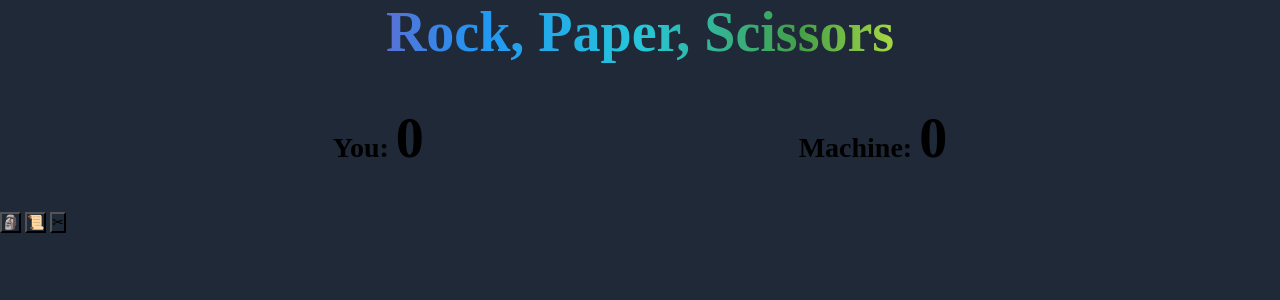
Repository: dung8466/RPS
Page: index.html
These files come from the project's save history. The page is drawn as it stood at one moment and after the next save; the edit follows.
The browser window is 1280 px wide. The pictures show the whole page.

Above is the page before, as saved 2022-07-01 21:10:48.

After the next save:
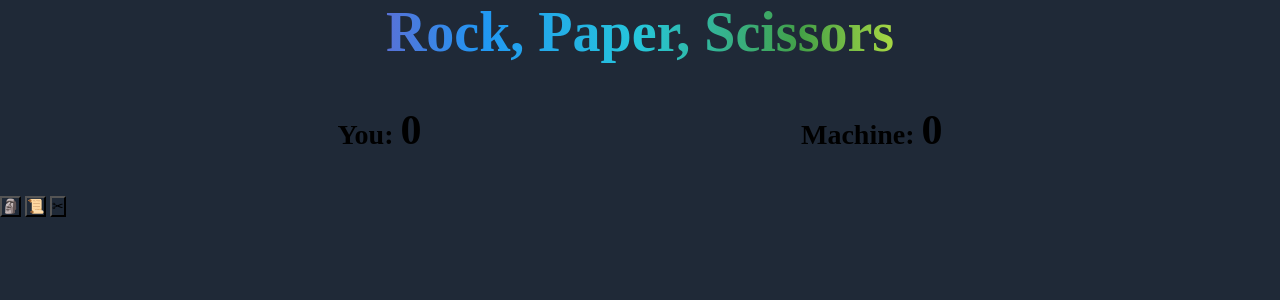
Saved 25 s later.
--- a/style.css
+++ b/style.css
@@ -27,6 +27,9 @@
     margin-bottom: 3em;
     font-weight: bold;
 }
-.result div, .result span{
+.result div{
     font-size: 2em;
 }
+.result div span{
+    font-size: 1.5em;
+}
